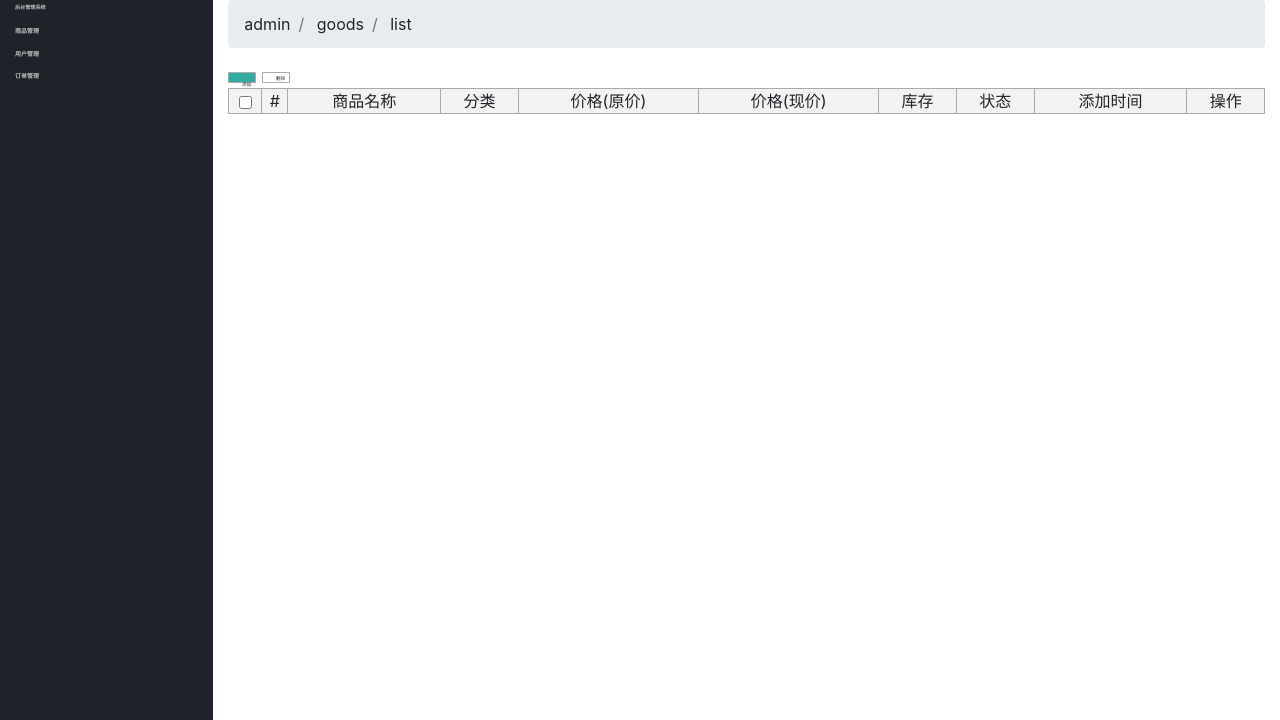
Repository: Rayfang0719/Vue-admin
Page: /admin/goods/list
An editor plug-in stored every save of this project. The page is shown before and after the next save, followed by the edit.
The browser window is 1280 px wide. The pictures show the whole page.
The project was rebuilt for these pictures with package versions that can differ from the ones it lists, and the page was loaded fresh each time. Also part of the build but not shown: vue.config.js, src/pages/login.vue.

Above is the page before, as saved 2019-05-11 19:49:17.

After the next save:
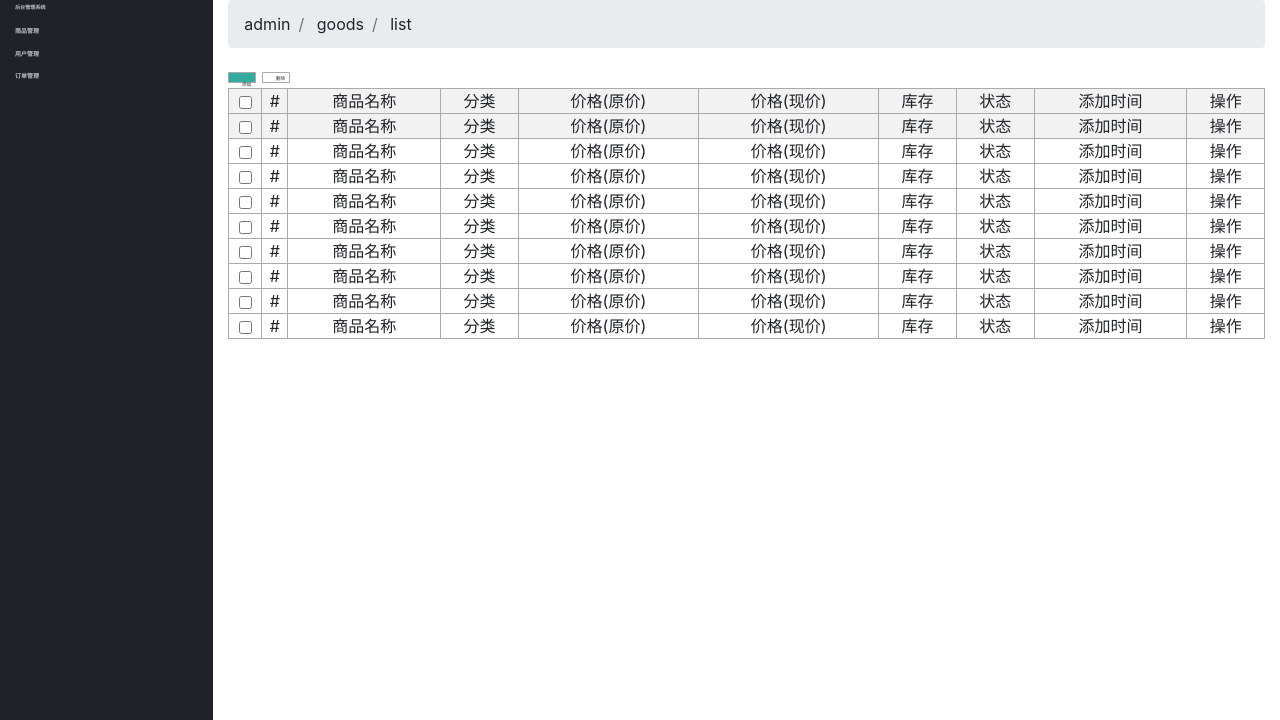
Saved 2 min 5 s later.
--- a/src/pages/admin/goods/list.vue
+++ b/src/pages/admin/goods/list.vue
@@ -41,6 +41,11 @@
 
     import button from '../../../components/button.vue'
  export default {
+    data(){
+       return {
+          goodsList:[{},{},{},{},{},{},{},{},{}]
+       }
+    },
     components:{
       buttonCom:button
    }
